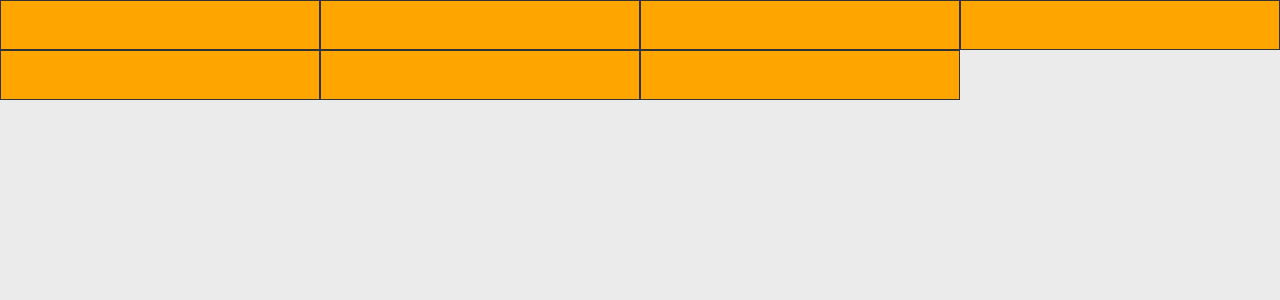
Repository: 777hanh777hanh/test
Page: index.html
These files come from the project's save history. The page is drawn as it stood at one moment and after the next save; the edit follows.
The browser window is 1280 px wide. The pictures show the whole page.

Above is the page before, as saved 2023-06-30 16:48:21.

After the next save:
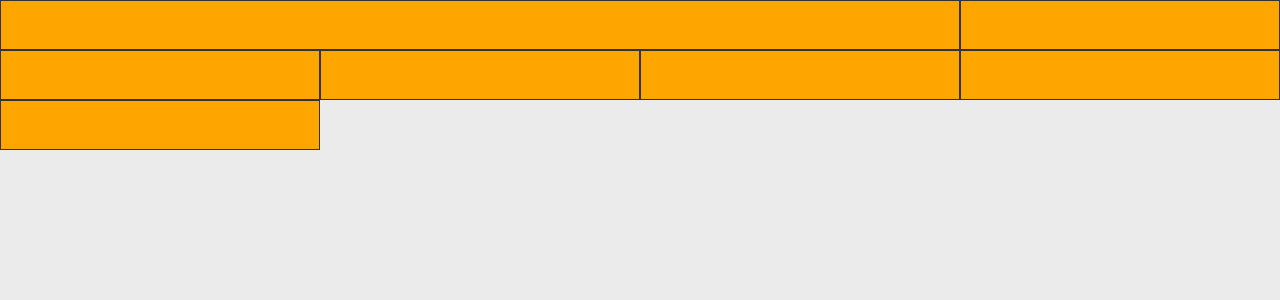
Saved 2 min 26 s later.
--- a/assets/css/style.css
+++ b/assets/css/style.css
@@ -48,7 +48,7 @@ html *::-webkit-scrollbar-track {
 }
 
 .item-1 {
-    grid-area: 'aa';
+    grid-area: aa;
 }
 
 /* Input Block */
